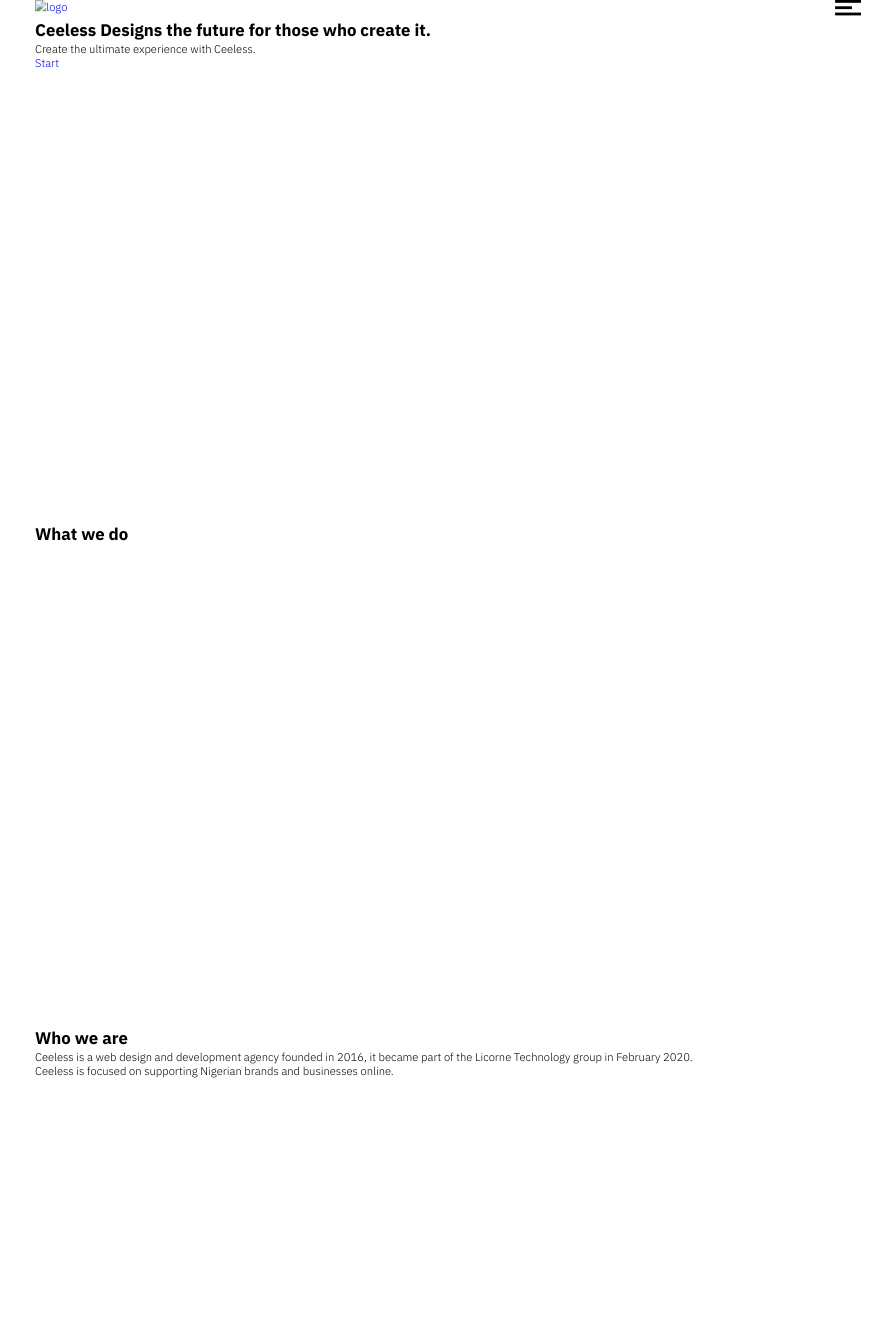
Repository: Licorne-Technologies/Ceeless-v2
Page: index.html
An editor plug-in stored every save of this project. The page is shown before and after the next save, followed by the edit.
The browser window is 1280 px wide. The pictures show the part of the page from y = 0 to 1920 px (the page is 2934 px tall before and 3029 px after), at 70% of full size.
The style sheet was rebuilt from its Sass, Less or Tailwind sources for each picture, by a compiler version that may differ from the author's.

Above is the page before, as saved 2020-06-15 12:07:02.

### index.html
<!DOCTYPE html>
<html lang="en">
<head>
    <meta charset="UTF-8">
    <meta name="viewport" content="width=device-width, initial-scale=1.0">
    <!--Stylesheet-->
    <link rel="stylesheet" href="css/stylesheet.css">
    <title>Ceeless || Licorne Technologies</title>
</head>
<body>
 <main class="wrapper">
     <!--Navigation Bar-->
    <header class="navbar">
        <div class="logo">
            <a href="index.html">
                <img src="" alt="logo">
            </a>
        </div>
        <div class="menu">
            <div class="menuIcon">
                <span class="long-bar"></span>
                <span class="short-bar"></span>
                <span class="long-bar"></span>
            </div>
        </div>
    </header>
    <!--End of Navigation Bar-->

    <!--Jumbotron-->
    <section class="jumbotron">
        <div class="row">
            <div class="col social-icons"></div>
            <div class="col message">
                <!--Message Text-->
                <h1>Ceeless Designs the future for those who create it.</h1>
                <p>Create the ultimate experience with Ceeless.</p>
                <!--Action Btn-->
                <a href="#" class="action-btn">Start</a>
            </div>
        </div>
    </section>
    <!--End of Jumbotron-->

    <!--Portfolio and What We Do Section-->
    <section class="comboSection">
        <div class="row">
            <div class="col">
                <!--Portfolio Gallery-->
            </div>
            <div class="col">
                <h2 class="title">What we do</h2>
                <!--What we do Progress bar-->
            </div>
        </div>
    </section>
    <!--End of section-->

    <!--About us-->
    <section class="aboutUs">
        <div class="row">
            <div class="col">
                <h2 class="title">Who we are</h2>
                <p>Ceeless is a web design and development agency founded in 2016, it became part of the Licorne Technology group in February 2020.</p>
                <p>Ceeless is focused on supporting Nigerian brands and businesses online.</p>
            </div>
        </div>
    </section>
    <!--End of section-->

    <section class="contactUs">
        <div class="row">
            <div class="col">
                <h2 class="title">Work with us</h2>
                <h5>on your next project or get in touch for a chat.</h5>
            </div>
            <div class="col">
                <!--form-->
            </div>
        </div>
    </section>
 </main>
 <footer class="footer">
     <p>&copy;Ceeless Designs | Licorne Technologies</p>
 </footer>
</body>
</html>

### css/stylesheet.scss
@import 'variables';
@import 'footer';
@import 'contact';
@import 'aboutUs';
@import 'whatWeDo';
@import 'portfolio';
@import 'jumbotron';
@import 'navbar';

*{
    margin: 0;
    padding: 0;
    text-decoration: none;
    list-style: none;
    font-family: $font;
}
section {
    height: 100vh;
}
@media screen and (min-width: 760px){
    .wrapper {
        margin: 0 50px;
    }
}

### css/_variables.scss
@import url('https://fonts.googleapis.com/css2?family=IBM+Plex+Sans:wght@300;700&display=swap');

$font: 'IBM Plex Sans', sans-serif;
$fontLight: 300;
$fontHeavy: 700;
$fontLarge: 70px;
$fontSmall: 45px;
$fontText: 20px;
$fontTextSm: 16px;
$dark: black;
$light: white;
$box-shadow: 0 5px 15px rgba(0,0,0,0.08);
$btn-shadow: 2px 20px 25px -15px rgba(0, 0, 0, 0.54);
$text-shadow: 2px 2px 4px rgba(0, 0, 0, 0.377);

### css/footer.scss
@import 'variables';

.footer {
    background-color: $dark;
    display: flex;
    align-items: center;
    p{
        color: $light;
        font-size: $fontText;
    }
}

### css/navbar.scss
@import 'variables';

.navbar {
    display: flex;
    justify-content: space-between;
}

.menuIcon {
    display: flex;
    flex-direction: column;
        .long-bar,.short-bar{
            border: 2px solid $dark;
            margin-bottom: 5px;
        }
        .long-bar{
            width: 33px;
        }
        .short-bar{
            width: 20px;
        }

        &:hover{
            .long-bar{
                width: 20px;
                transition: width 300ms ease-in-out 0s;

            }
            .short-bar{
                width: 33px;

            }
        }
}

Loaded but not shown: css/contact.scss (common file); css/aboutUs.scss (common file); css/whatWeDo.scss (common file); css/portfolio.scss (common file); css/jumbotron.scss (common file)

After the next save:
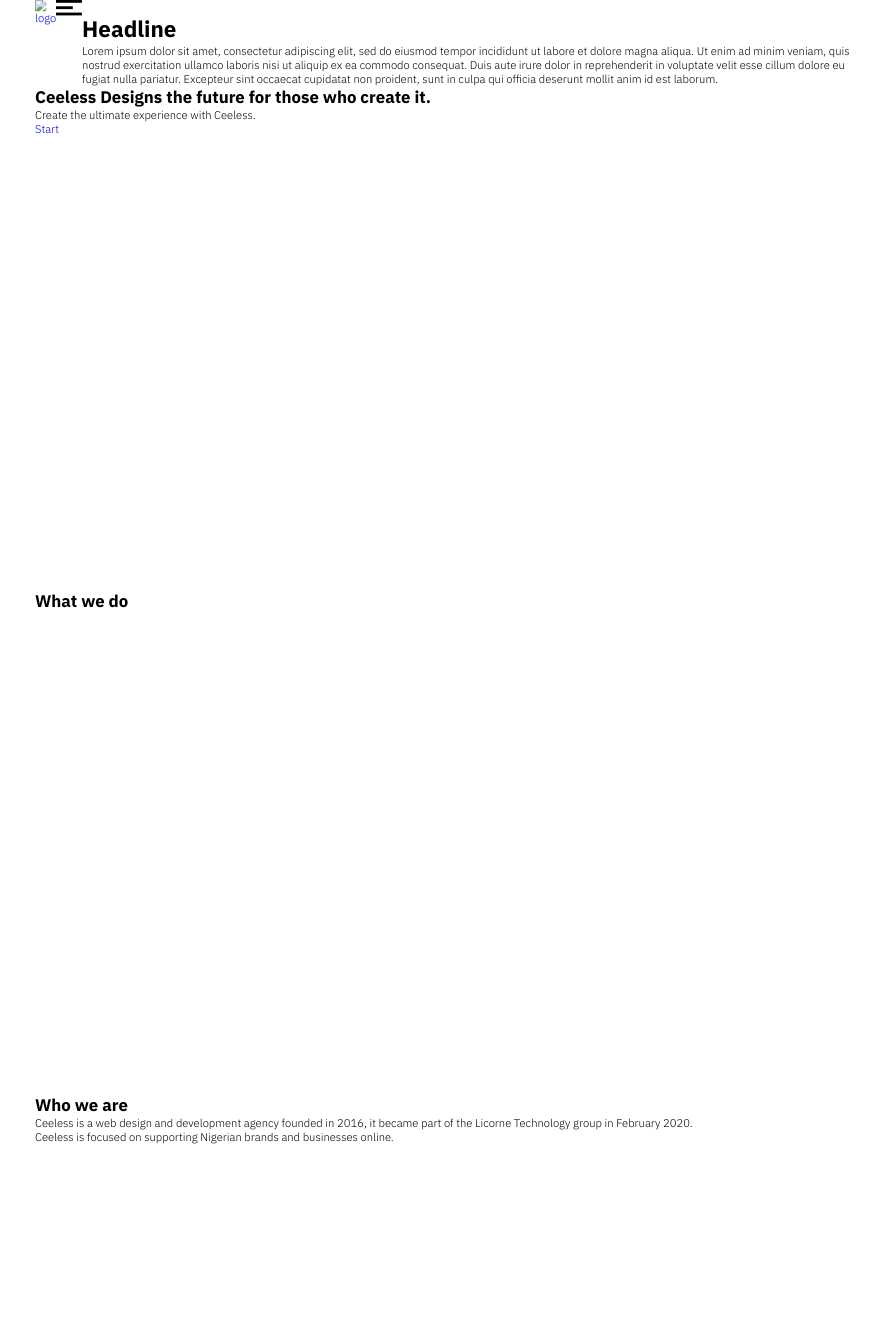
Not found: images/photo.jpg
Saved 57 s later.
--- a/index.html
+++ b/index.html
@@ -17,14 +17,29 @@
             </a>
         </div>
         <div class="menu">
-            <div class="menuIcon">
+            <a class="menuIcon">
                 <span class="long-bar"></span>
                 <span class="short-bar"></span>
                 <span class="long-bar"></span>
+            </a>
+        </div>
+        <!--Menu Modal-->
+        <div id="modal-full" class="uk-modal-full" uk-modal>
+            <div class="uk-modal-dialog">
+                <button class="uk-modal-close-full uk-close-large" type="button" uk-close></button>
+                <div class="uk-grid-collapse uk-child-width-1-2@s uk-flex-middle" uk-grid>
+                    <div class="uk-background-cover" style="background-image: url('images/photo.jpg');" uk-height-viewport></div>
+                    <div class="uk-padding-large">
+                        <h1>Headline</h1>
+                        <p>Lorem ipsum dolor sit amet, consectetur adipiscing elit, sed do eiusmod tempor incididunt ut labore et dolore magna aliqua. Ut enim ad minim veniam, quis nostrud exercitation ullamco laboris nisi ut aliquip ex ea commodo consequat. Duis aute irure dolor in reprehenderit in voluptate velit esse cillum dolore eu fugiat nulla pariatur. Excepteur sint occaecat cupidatat non proident, sunt in culpa qui officia deserunt mollit anim id est laborum.</p>
+                    </div>
+                </div>
             </div>
         </div>
     </header>
     <!--End of Navigation Bar-->
+
+
 
     <!--Jumbotron-->
     <section class="jumbotron">
